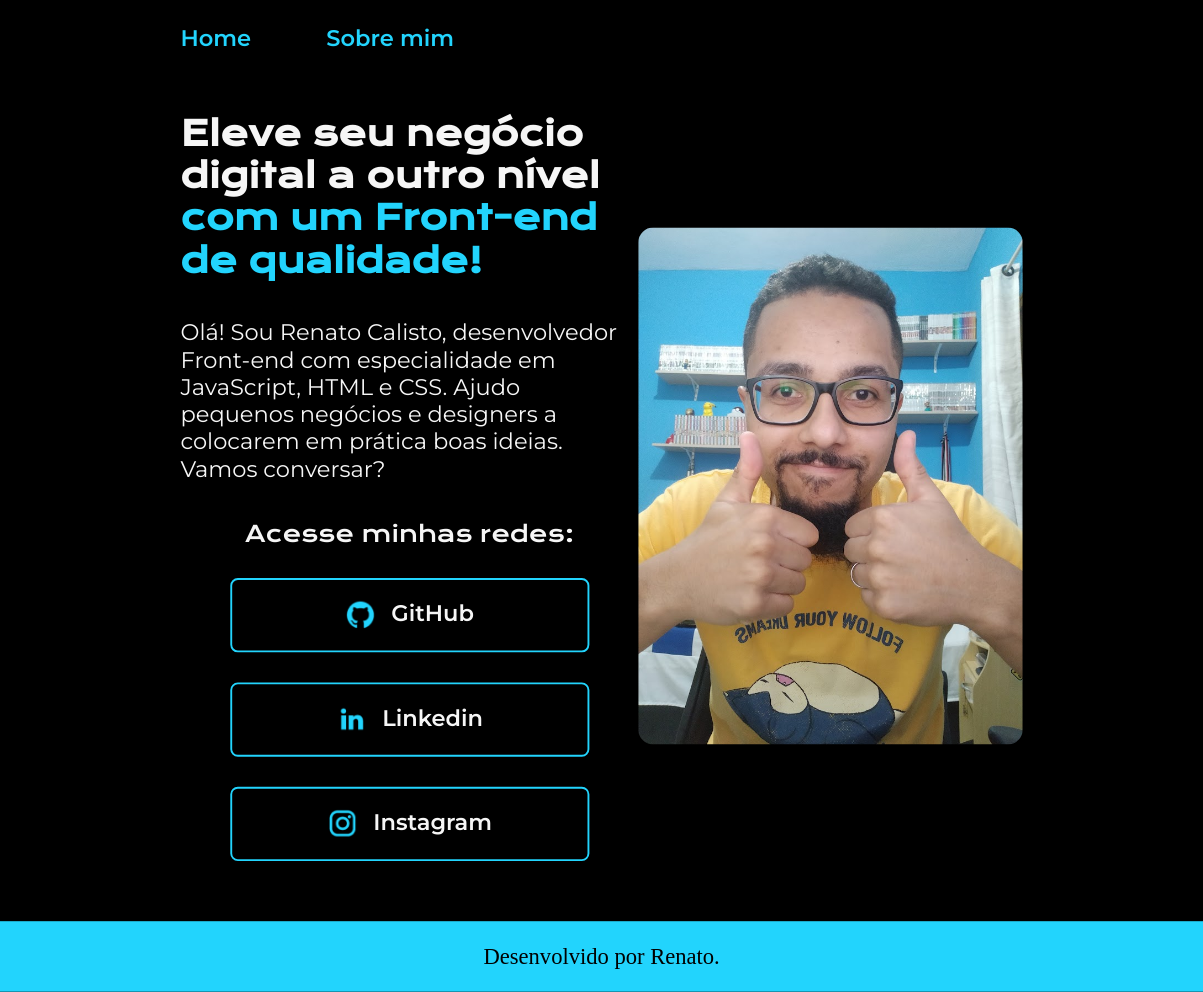
Repository: RenatoCCS/Portfolio_Alura
Page: index.html
An editor plug-in stored every save of this project. The page is shown before and after the next save, followed by the edit.
The browser window is 1280 px wide. The pictures show the whole page, at 94% of full size.

Above is the page before, as saved 2023-03-02 17:26:31.

### index.html
<!DOCTYPE html>
<html lang="pt-br">
  <head>
    <meta charset="UTF-8" />
    <meta http-equiv="X-UA-Compatible" content="IE=edge" />
    <meta name="viewport" content="width=device-width, initial-scale=1.0" />
    <title>Portfolio</title>
    <link rel="stylesheet" href="./styles/style.css" />
  </head>
  <body>
    <header class="cabecalho">
      <nav class="cabecalho__menu">
        <a class="cabecalho__menu__link" href="index.html">Home</a>
        <a class="cabecalho__menu__link" href="about.html">Sobre mim</a>
      </nav>
    </header>
    <main class="apresentacao">
      <section class="apresentacao__conteudo">
        <h1 class="apresentacao__conteudo__titulo">
          Eleve seu negócio digital a outro nível
          <strong class="titulo-destaque">
            com um Front-end de qualidade!
          </strong>
        </h1>
        <p class="apresentacao__conteudo__texto">
          Olá! Sou Renato Calisto, desenvolvedor Front-end com especialidade em
          JavaScript, HTML e CSS. Ajudo pequenos negócios e designers a
          colocarem em prática boas ideias. Vamos conversar?
        </p>
        <div class="apresentacao__links">
          <h2 class="apresentacao__links__subtitulo">Acesse minhas redes:</h2>

          <a
            class="apresentacao__links__link"
            href="https://github.com/RenatoCCS"
          >
            <img src="./assets/github.png" alt="Icone do github" />
            GitHub
          </a>

          <a
            class="apresentacao__links__link"
            href="https://www.linkedin.com/in/renatocalisto/"
          >
            <img src="./assets/linkedin.png" alt="Icone do linkedin" />
            Linkedin
          </a>

          <a
            class="apresentacao__links__link"
            href="https://www.instagram.com/reevoltz/"
          >
            <img src="./assets/instagram.png" alt="Icone do instagram" />
            Instagram
          </a>
        </div>
      </section>
      <img
        class="apresentacao__foto"
        src="./assets/renato.jpg"
        alt="Renato fazendo sinal de positivo com ambas as mãos"
      />
    </main>
    <footer class="rodape"><p>Desenvolvido por Renato.</p></footer>
  </body>
</html>

### styles/style.css
@import url('https://fonts.googleapis.com/css2?family=Krona+One&family=Montserrat:wght@400;600&display=swap');

* {
  margin: 0;
  padding: 0;
}

body {
  /* height: 100vh; */
  box-sizing: border-box;
  background-color: #000000;
  color: #f6f6f6;
}

.cabecalho {
  padding: 2% 0% 0% 15%;
}

.cabecalho__menu {
  display: flex;
  gap: 80px;
}

.cabecalho__menu__link {
  font-family: 'Montserrat', sans-serif;
  font-size: 24px;
  font-weight: 600;
  color: #22d4fd;
  text-decoration: none;
}

.apresentacao {
  padding: 5% 15%;
  display: flex;
  align-items: center;
  justify-content: space-between;
}

.apresentacao__conteudo {
  width: 615px;
  display: flex;
  flex-direction: column;
  gap: 40px;
}

.apresentacao__conteudo__titulo {
  font-size: 36px;
  font-family: 'Krona One', sans-serif;
}

.titulo-destaque {
  color: #22d4fd;
}

.apresentacao__conteudo__texto {
  font-size: 24px;
  font-family: 'Montserrat', sans-serif;
}

.apresentacao__links {
  display: flex;
  flex-direction: column;
  justify-content: space-between;
  align-items: center;
  gap: 32px;
}

.apresentacao__links__subtitulo {
  font-family: 'Krona One', sans-serif;
  font-weight: 400;
  font-size: 24px;
}

.apresentacao__links__link {
  /* background-color: #22d4fd; foi trocado o estilo*/
  display: flex;
  justify-content: center;
  gap: 16px;
  border: 2px solid #22d4fd;
  width: 378px;
  text-align: center;
  border-radius: 8px;
  font-size: 24px;
  font-weight: 600;
  padding: 21.5px 0;
  text-decoration: none;
  color: #f6f6f6;
  font-family: 'Montserrat', sans-serif;
}

.apresentacao__links__link:hover {
  background-color: #272727;
}

/*Utilizei minha foto e fui adaptando de acordo com o tamanho da outra foto*/
.apresentacao__foto {
  height: 550px;
  width: 490px;
  left: 1032px;
  top: 253px;
  border-radius: 16px;
}

.rodape {
  padding: 24px;
  color: #000000;
  background-color: #22d4fd;
  text-align: center;
  font-family: 'Montserrat' sans-serif;
  font-size: 24px;
  font-weight: 400;
}

After the next save:
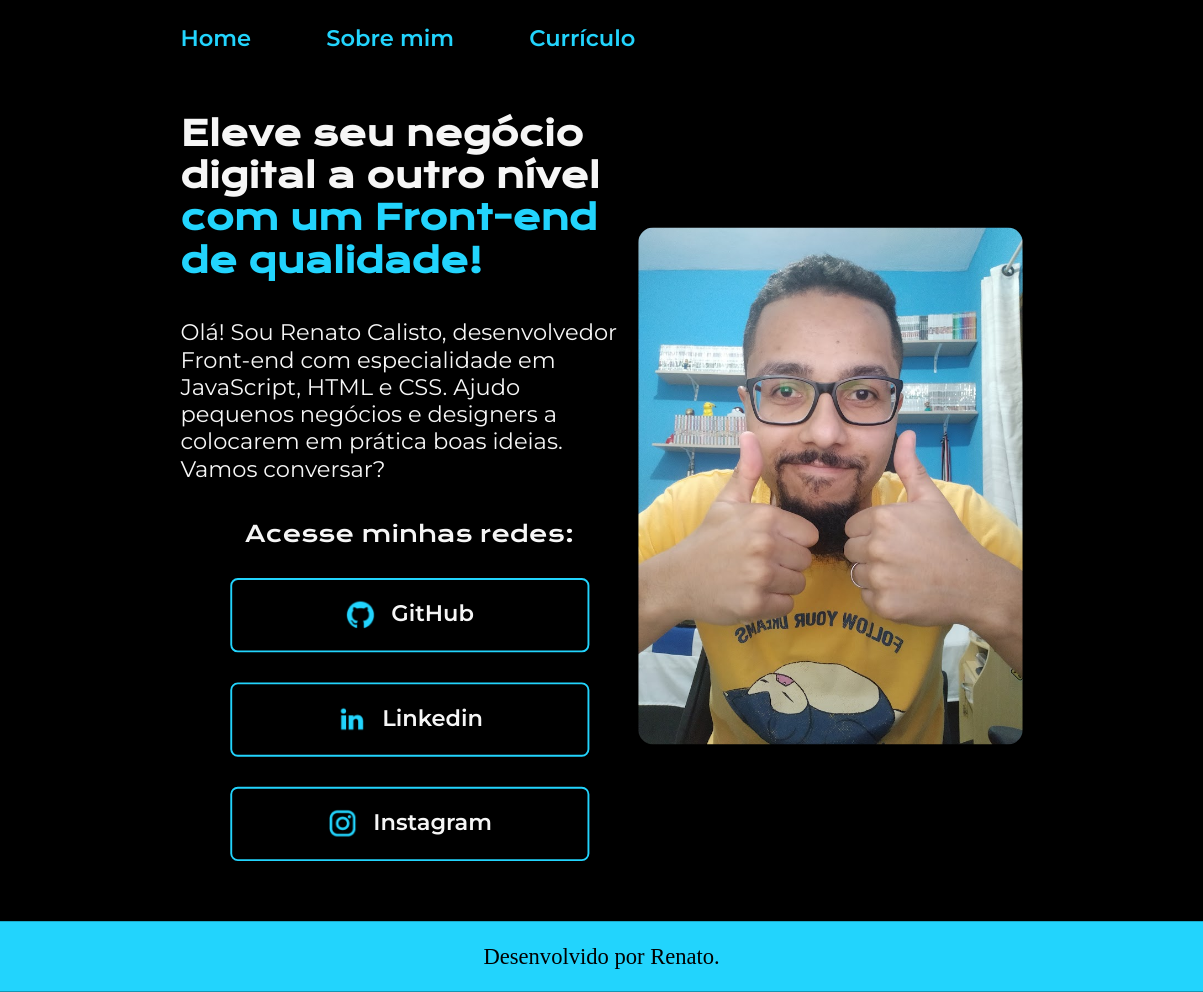
Saved 45 s later.
--- a/index.html
+++ b/index.html
@@ -12,6 +12,7 @@
       <nav class="cabecalho__menu">
         <a class="cabecalho__menu__link" href="index.html">Home</a>
         <a class="cabecalho__menu__link" href="about.html">Sobre mim</a>
+        <a class="cabecalho__menu__link" href="curriculo.html">Currículo</a>
       </nav>
     </header>
     <main class="apresentacao">
